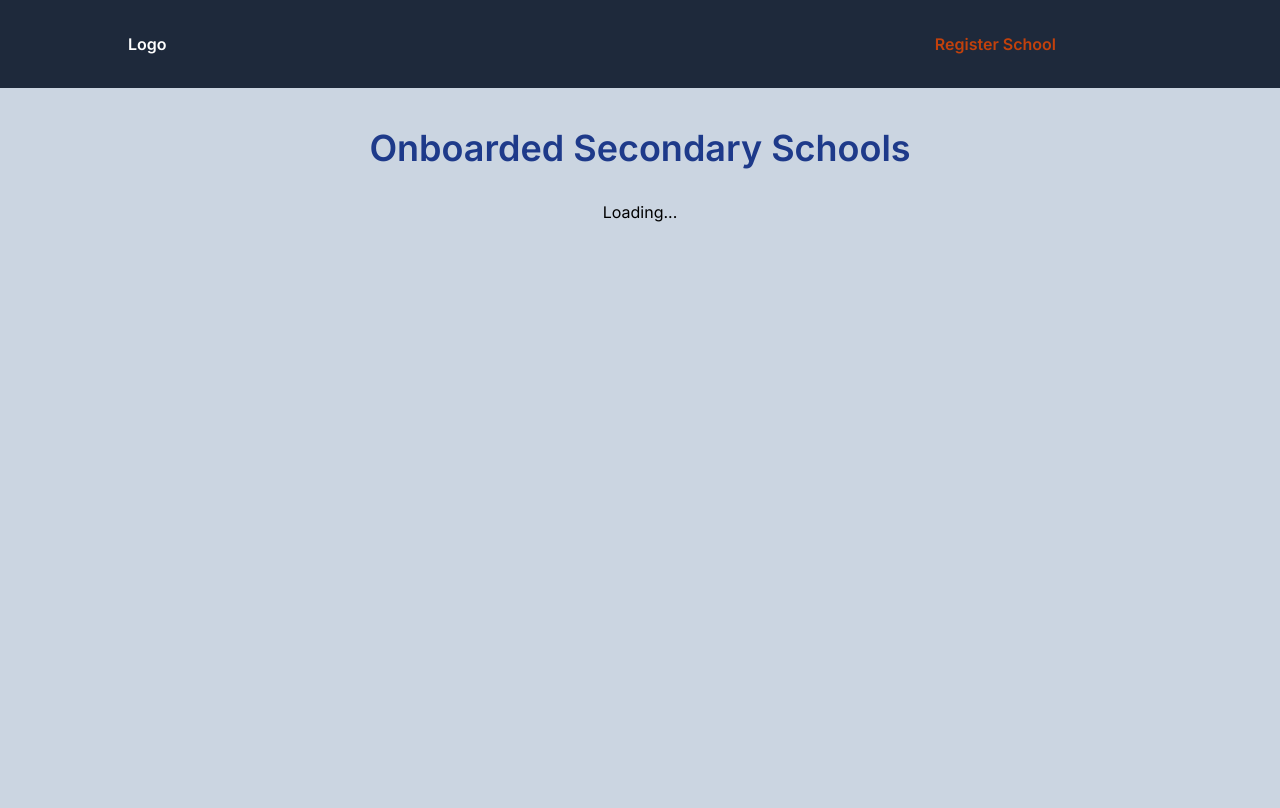
Repository: marcusdashe/fullstack-ts
Page: /
The author's editor kept a copy of each file at every save. The page is drawn from the files as they stood at one save, then again after the next save.
The browser window is 1280 px wide. The pictures show the whole page.
The page's requests for data from a server got no answer. The project was rebuilt for these pictures with package versions that can differ from the ones it lists, and the page was loaded fresh each time. The framework's server and built-in components were replaced by stand-ins that run in the browser. No one was signed in, and anything a server would have sent is missing. Also part of the build but not shown: next.config.js, app/components/SchoolCard.tsx.

Above is the page before, as saved 2023-07-28 09:54:23.

### app/layout.tsx
import "./globals.css";
import type { Metadata } from "next";
import { Inter } from "next/font/google";
import Navbar from "./components/NavBar";

const inter = Inter({
  weight: ["400", "600"],
  subsets: ["latin"],
});

export const metadata: Metadata = {
  title: "SMP",
  description: "School Management System for Secondary School",
  keywords: ["smp", "lms", "marcus"],
};

export default function RootLayout({
  children,
}: {
  children: React.ReactNode;
}) {
  return (
    <html lang="en">
      <body className={inter.className}>
        <Navbar />
        {children}
      </body>
    </html>
  );
}

### app/page.tsx
import Image from "next/image";
import React from "react";
import Head from "next/head";
import SchoolListed from "@/app/components/SchoolListed";

export default function Home() {
  return (
    <div className="bg-slate-300 min-h-screen">
      <Head>
        <title>School List</title>
        <meta name="description" content="A school management system" />
      </Head>

      <main className="container mx-auto py-10 px-4 flex flex-col items-center justify-center">
        <h1 className="text-4xl font-bold mb-8 text-blue-900">
          Onboarded Secondary Schools
        </h1>
        <SchoolListed />
      </main>
    </div>
  );
}

### app/components/NavBar.tsx
"use client";

import React from "react";
import { useRouter } from "next/router";
import Link from "next/link";
// import Logo from "./Logo";
// import { TwitterIcon, GithubIcon, LinkedInIcon } from "./Icons";
// import { motion } from "framer-motion";

type CustomLinkProps = {
  href: string;
  title: string;
  className: string | object;
};

const CustomLink = ({ href, title, className = "" }: CustomLinkProps) => {
  //   const router = useRouter();

  return (
    <Link href={href} className={`${className} relative group`}>
      {title}
      <span
        className={`h-[1px] inline-block bg-dark absolute left-0 -bottom-0.5 group-hover:w-full transition-[width] ease duration-300 ${
          "w-0" //   router.asPath === href ? "w-full" : "w-0"
        }`}
      >
        &nbsp;
      </span>
    </Link>
  );
};

const Navbar: React.FC = () => {
  return (
    <header
      className="w-full px-32 py-8 font-bold
            flex items-center justify-between sticky top-0 z-10 bg-slate-800 text-white"
    >
      <nav>
        <CustomLink href="/" title="Logo" className="mr-4" />
        {/* <CustomLink href="/about" title="About" className="mx-4" /> */}
      </nav>

      <nav className="flex items-center justify-center flex-wrap">
        <a href="/school" className="w-max-content mx-3 text-orange-700">
          Register School
        </a>
        <a
          href="https://www.linkedin.com/in/marcus-dashe-15a088202"
          target={"_blank"}
          className="w-6 mx-3"
        ></a>
        <a
          href="https://www.github.com/marcusdashe"
          target={"_blank"}
          className="w-6 ml-3"
        >
          {/* <GithubIcon /> */}
        </a>
      </nav>
      <div className="absolute left-[50%] top-2 translate-x-[-50]">
        {/* <Logo /> */}
      </div>
    </header>
  );
};

export default Navbar;

### app/components/SchoolListed.tsx
"use client";

import React, { useState, useEffect } from "react";
import SchoolService, { School } from "@/app/services/api/school.service";
import SchoolCard from "@/app/components/SchoolCard";

const SchoolListed: React.FC = () => {
  const [schoolArray, setSchoolArray] = useState<School[]>([]);
  const [loading, setLoading] = useState<Boolean>(true);

  useEffect(() => {
    const fetchSchools = async () => {
      try {
        const response = await SchoolService.fetchAllSchools();
        // if (response.statusText !== "ok")
        //   throw Error("Did not receive expected data");
        console.log(response.data);
        setSchoolArray(response.data);
      } catch (error: any) {
        console.log(error.message);
      } finally {
        setLoading(false);
      }
    };
    setTimeout(() => {
      (async () => await fetchSchools())();
    }, 2000);
  }, []);
  return (
    <>
      <div className="grid grid-cols-1">
        {schoolArray.length > 0 ? (
          <>
            {schoolArray.map((school: School) => (
              <SchoolCard key={school.schoolEmail} {...school} />
            ))}
          </>
        ) : (
          <>
            <p>Loading...</p>
          </>
        )}
      </div>
    </>
  );
};

export default SchoolListed;

### app/services/api/school.service.ts
import axios, { AxiosResponse } from "axios";
import config from "../config";

export interface School {
  schoolName: string;
  schoolAddress: string;
  schoolPhoneNumber: string;
  schoolWebsite: string;
  schoolEmail: string;
  schoolLogo: string;
}

const API_URL: string = config.API_BASE_URL;

class SchoolService {
  static client = axios.create({
    baseURL: API_URL,
  });

  async registerSchool(school: School): Promise<AxiosResponse<School>> {
    const response = await SchoolService.client.post<School>(
      "/schools/create",
      school
    );
    return response;
  }

  async fetchAllSchools(): Promise<AxiosResponse<School[]>> {
    const response = await SchoolService.client.get<School[]>("/schools/all");
    return response;
  }

  async fetchSchoolById(id: number): Promise<AxiosResponse<School>> {
    const response = await SchoolService.client.get<School>(`/school/${id}`);
    return response;
  }

  async updateSchool6(
    school: School,
    id: number
  ): Promise<AxiosResponse<School>> {
    const response = await SchoolService.client.put<School>(
      `/schools/${id}`,
      school
    );
    return response;
  }

  async delSchoolById(id: number): Promise<AxiosResponse<void>> {
    const response = await SchoolService.client.delete<void>(`/schools/${id}`);
    return response;
  }

  async fetchSchoolByName(schoolName: string): Promise<AxiosResponse<School>> {
    const response = await SchoolService.client.get<School>(
      `/schools/byName/${schoolName}`
    );
    return response;
  }

  async fetchSchoolByPhoneNumber(
    phoneNumber: string
  ): Promise<AxiosResponse<School>> {
    const response = await SchoolService.client.get<School>(
      `/schools/byPhoneNumber/${phoneNumber}`
    );
    return response;
  }

  async fetchSchoolByWebsite(
    schoolWebsite: string
  ): Promise<AxiosResponse<School>> {
    const response = await SchoolService.client.get<School>(
      `/schools/byWebsite/${schoolWebsite}`
    );
    return response;
  }

  async fetchSchoolByEmail(email: string): Promise<AxiosResponse<School>> {
    const response = await SchoolService.client.get<School>(
      `/schools/byEmail/${email}`
    );
    return response;
  }
}

export default new SchoolService();

### app/services/config.ts
export default {
  API_BASE_URL:
    `${process.env.NEXT_PUBLIC_BACKEND_BASE_URL}/api-v1` ||
    "http://localhost:8000/api-v1",
};

Loaded but not shown: app/globals.css (common file); tailwind.config.js (common file)

After the next save:
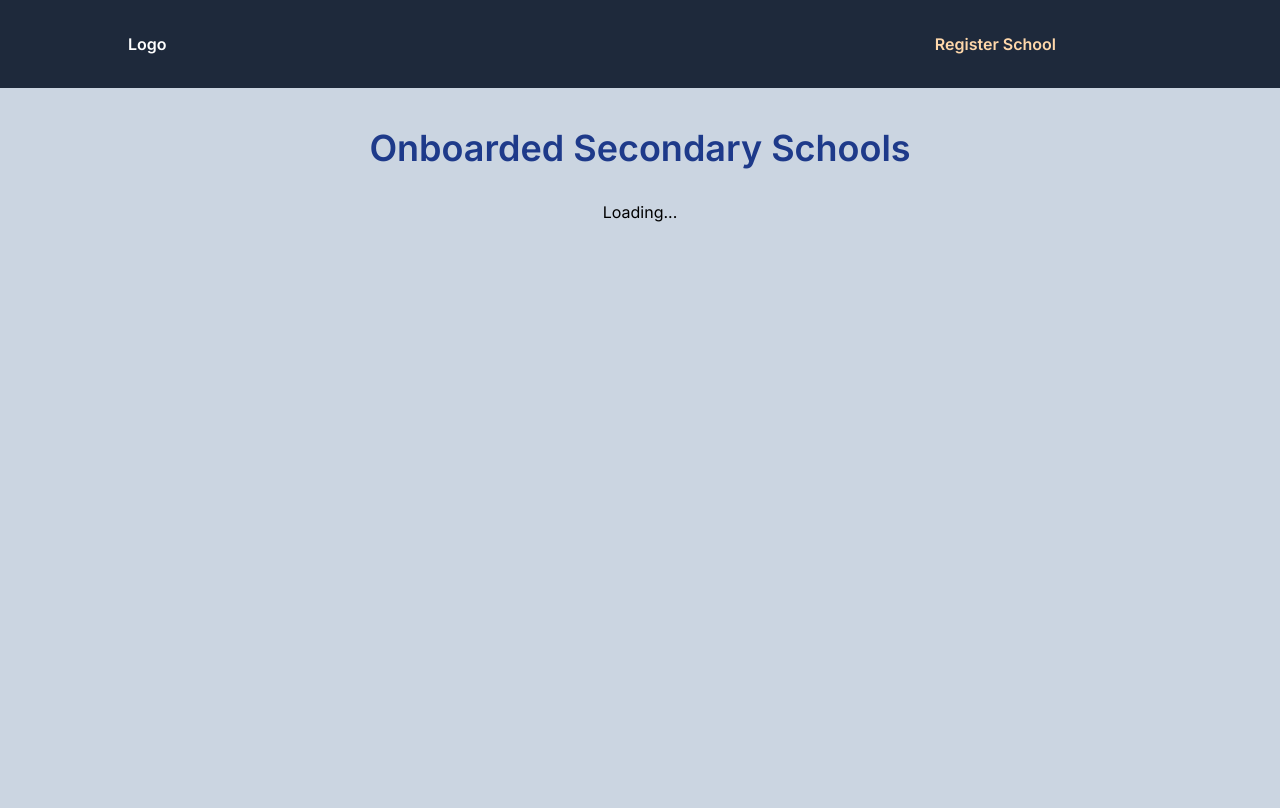
Saved 8 s later.
--- a/app/components/NavBar.tsx
+++ b/app/components/NavBar.tsx
@@ -42,7 +42,7 @@ const Navbar: React.FC = () => {
       </nav>
 
       <nav className="flex items-center justify-center flex-wrap">
-        <a href="/school" className="w-max-content mx-3 text-orange-700">
+        <a href="/school" className="w-max-content mx-3 text-orange-200">
           Register School
         </a>
         <a
